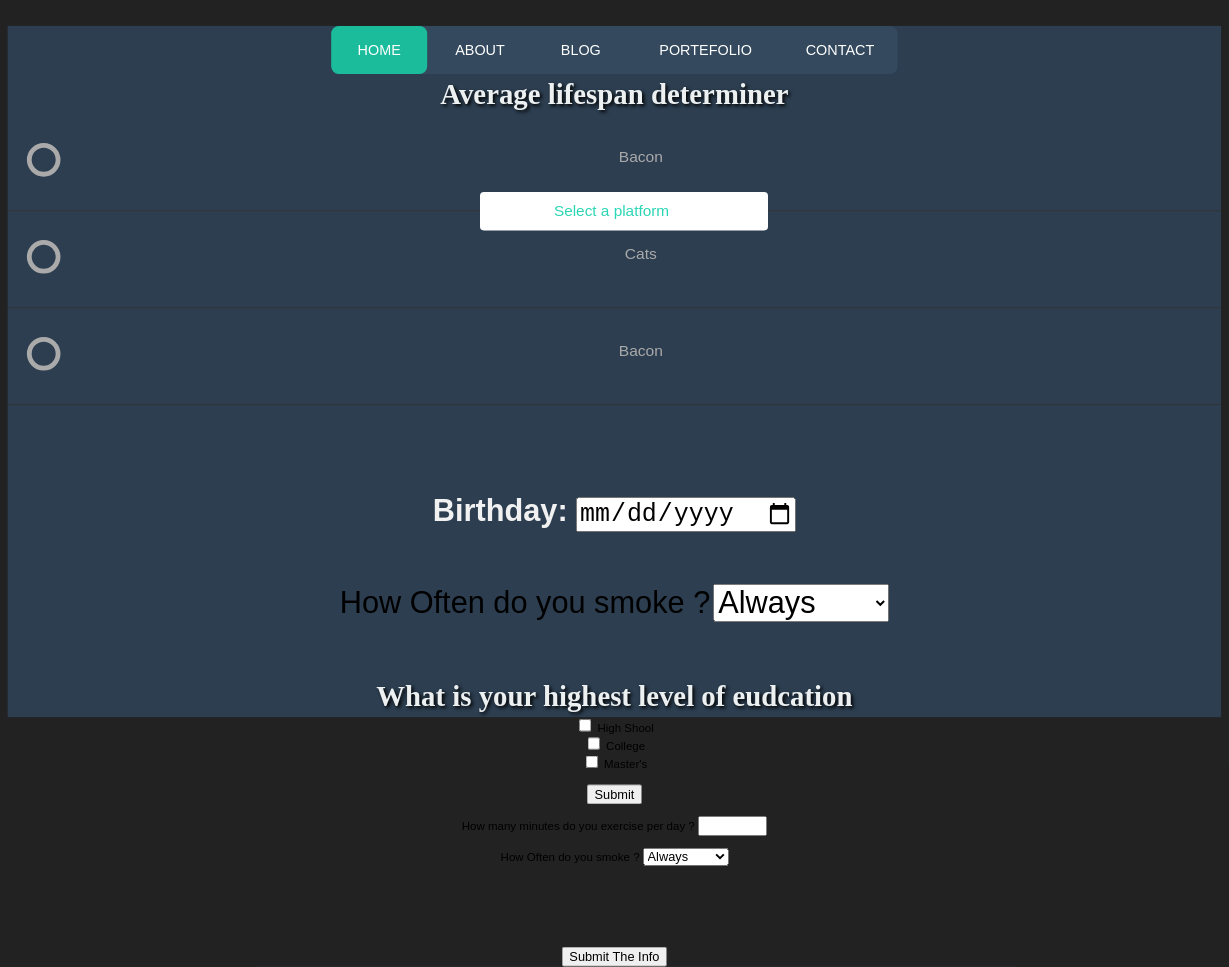
Repository: navid-amini12/capstone-1
Page: wordgame.html
The author's editor kept a copy of each file at every save. The page is drawn from the files as they stood at one save, then again after the next save.
The browser window is 1280 px wide. The pictures show the whole page, at 96% of full size.

Above is the page before, as saved 2022-06-01 13:09:09.

After the next save:
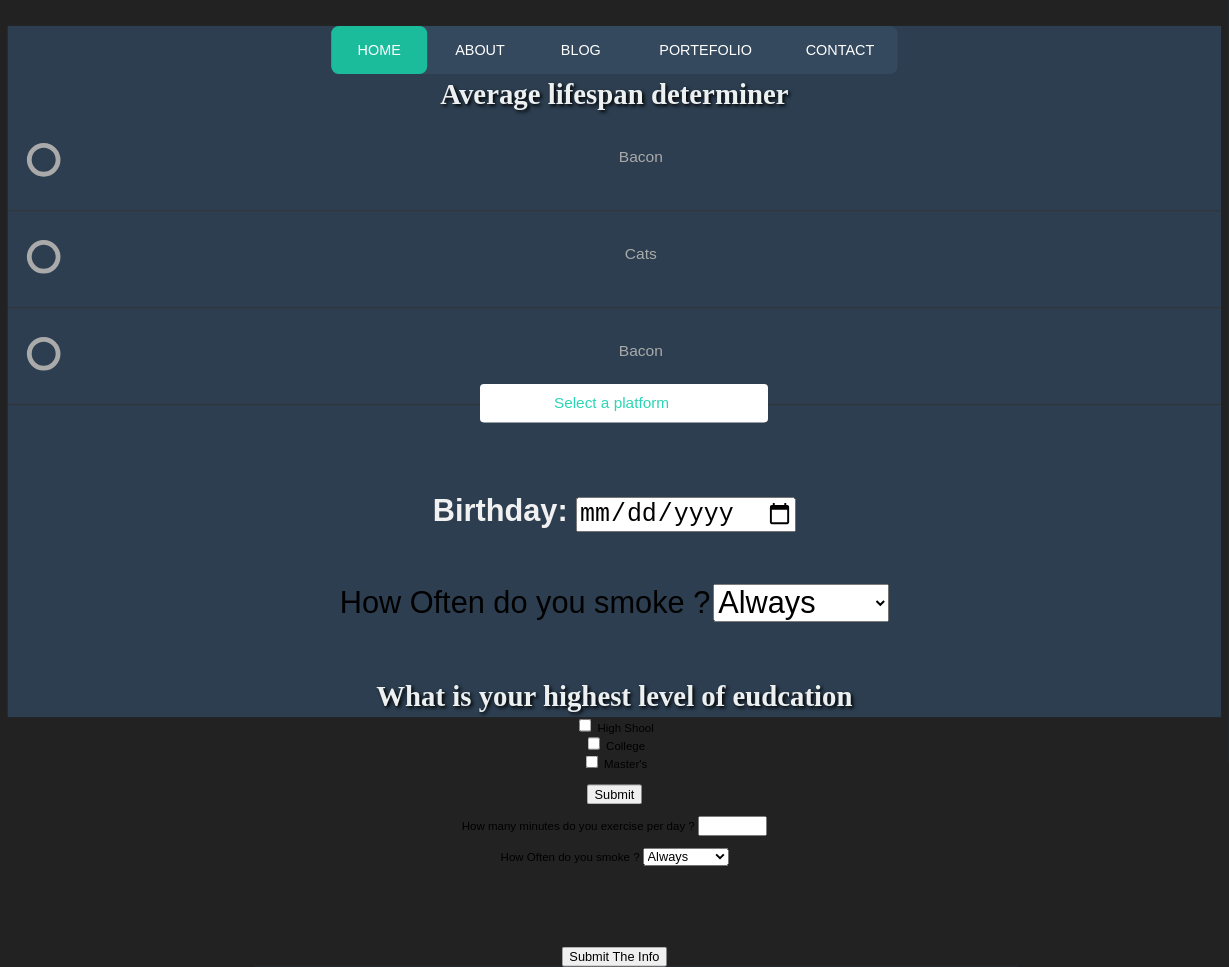
Saved 8 s later.
--- a/Life.css
+++ b/Life.css
@@ -46,7 +46,7 @@ body {
 
 #app-cover {
   position: absolute;
-  top: 100px;
+  top: 300px;
   right: 0;
   left: 20px;
   width: 300px;
